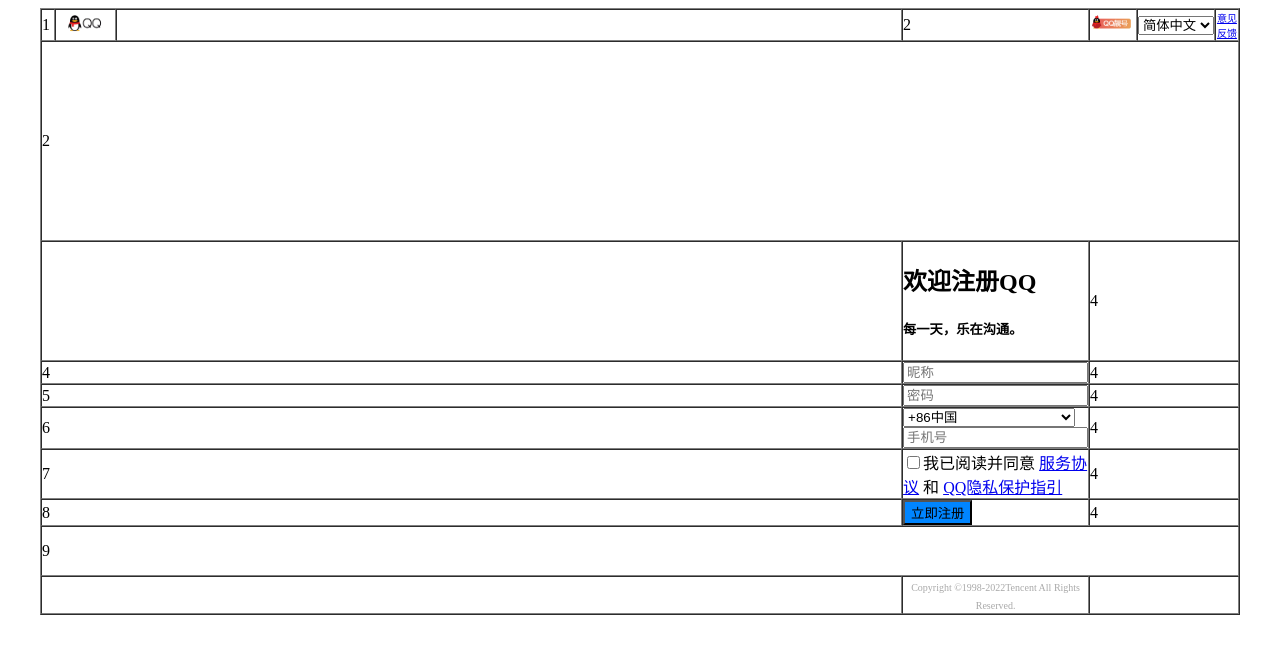
Repository: l897284707/0913
Page: qq注册界面.html
An editor plug-in stored every save of this project. The page is shown before and after the next save, followed by the edit.
The browser window is 1280 px wide. The pictures show the whole page.

Above is the page before, as saved 2022-09-13 21:09:12.

### qq注册界面.html
<!DOCTYPE html>
<html lang="en">

<head>
    <meta charset="UTF-8">
    <meta http-equiv="X-UA-Compatible" content="IE=edge">
    <meta name="viewport" content="width=device-width, initial-scale=1.0">
    <title>Document</title>
</head>

<body>
    <table style="width: 1200px;" align="center" valign="middle" border="1" cellspacing="0" cellpadding="0">
        <tr>
            <td style="width:20px;">
                1
            </td>
            <td align="center" valign="middle" style="width: 80px;"><img src="/img/图片1.png" alt="qq图标" width="50"></td>
            <td style="width: 2600px;"></td>
            <td colspan="2" style="">2</td>
            <td style="width: 50px;">
                <img src="/img/新建项目.png" alt="">
            </td>
            <td align="center" style="width: 50px;">
                <select>
                    <option value="">简体中文</option>
                    <option value="">繁体中文</option>
                    <option value="">English</option>
                </select>
            </td>
            <td align="center" style=" width: 50px; font-size: 10px;">
                <a href=" ">意见反馈</a>
            </td>
        </tr>
        <tr style="height: 200px;">
            <td colspan="8">2</td>

        </tr>
        <tr>
            <td colspan="3"></td>
            <td>
                <h2>欢迎注册QQ</h2>
                <h5>每一天，乐在沟通。</h5>
            </td>
            <td colspan="4">4</td>
        </tr>
        <tr>
            <td colspan="3">4</td>
            <td>
                <input type="text" placeholder="昵称">
            </td>
            <td colspan="4">4</td>

        </tr>
        <tr>
            <td colspan="3">5</td>
            <td>
                <input type="password" placeholder="密码">
            </td>
            <td colspan="4">4</td>

        </tr>
        <tr>
            <td colspan="3">6</td>
            <td>
                <select>
                    <option>+86中国</option>
                    <option>+852中国香港特别行政区</option>
                    <option>+853中国澳门特别行政区</option>
                    <option>+886中国台湾地区</option>
                    <option>+355阿尔巴尼亚</option>
                    <option>+213阿尔及利亚</option>
                </select>
                <input type="tel" placeholder="手机号">
            </td>
            <td colspan="4">4</td>

        </tr>
        <tr>
            <td colspan="3">7</td>
            <td>
                <input type="checkbox">我已阅读并同意
                <a href="https://ti.qq.com/agreement/index.html">服务协议</a> 和
                <a href="https://ti.qq.com/doc/redirect/qq-privacy-guild">QQ隐私保护指引</a>
            </td>
            <td colspan="4">4</td>

        </tr>
        <tr>
            <td colspan="3">8</td>
            <td>
                <input type="submit" style="background-color: #0085ff ; " value="立即注册">
            </td>
            <td colspan="4">4</td>

        </tr>
        <tr style="height:50px ;">
            <td colspan="8">9</td>
        </tr>
        <tr>
            <td colspan="3"></td>
            <td align="center">
                <label style="font-size: 10px; color: darkgrey;">Copyright ©1998-2022Tencent All Rights Reserved.</label>
            </td>
            <td colspan="4"> </td>

        </tr>
    </table>

</body>

</html>

After the next save:
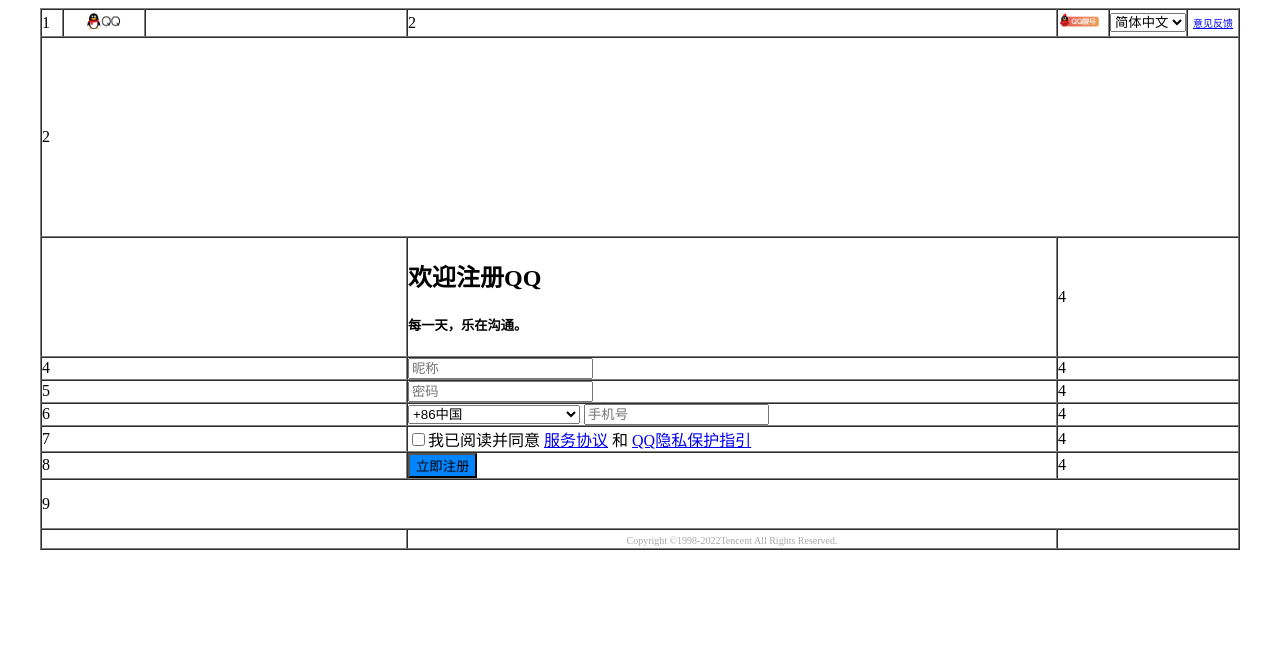
Saved 5 s later.
--- a/qq注册界面.html
+++ b/qq注册界面.html
@@ -15,7 +15,7 @@
                 1
             </td>
             <td align="center" valign="middle" style="width: 80px;"><img src="/img/图片1.png" alt="qq图标" width="50"></td>
-            <td style="width: 2600px;"></td>
+            <td style="width: 260px;"></td>
             <td colspan="2" style="">2</td>
             <td style="width: 50px;">
                 <img src="/img/新建项目.png" alt="">
